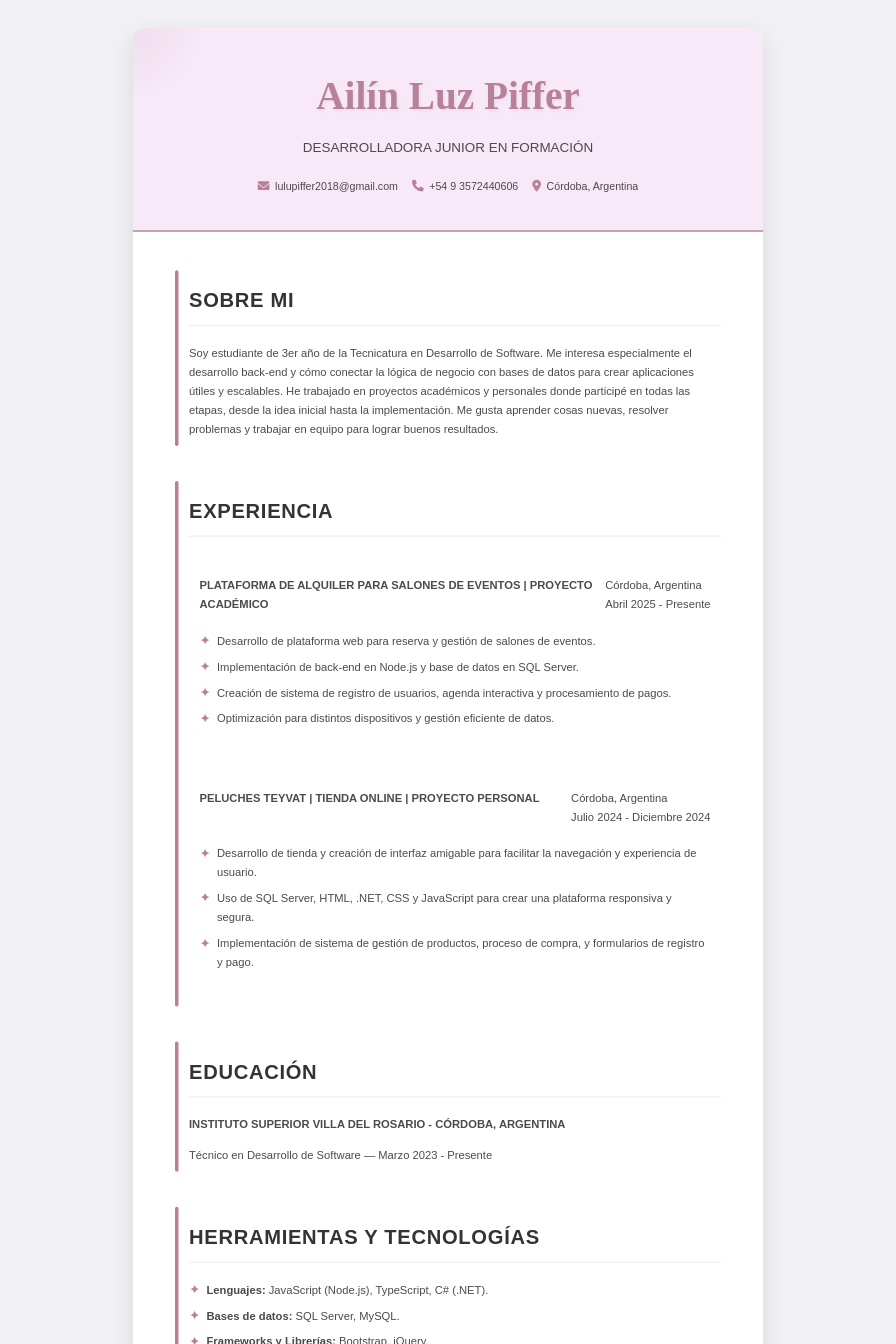
Repository: luzpiffer/curriculum-piffer
Page: index.html
These files come from the project's save history. The page is drawn as it stood at one moment and after the next save; the edit follows.
The browser window is 1280 px wide. The pictures show the part of the page from y = 0 to 1920 px (the page is 2628 px tall before and 2682 px after), at 70% of full size.

Above is the page before, as saved 2025-09-01 19:12:38.

### index.html
<!DOCTYPE html>
<html lang="es">
<head>
    <meta charset="UTF-8">
    <meta name="viewport" content="width=device-width, initial-scale=1.0">
    <title>CV - Ailín Luz Piffer</title>
    <link rel="stylesheet" href="style.css">
    <link rel="stylesheet" href="https://cdnjs.cloudflare.com/ajax/libs/font-awesome/6.0.0-beta3/css/all.min.css">
</head>
<body>
    <div class="cv-container">
        <header class="header">
            <div class="header-content-wrapper"> <div class="name-title">
                    <h1>Ailín Luz Piffer</h1>
                    <p>DESARROLLADORA JUNIOR EN FORMACIÓN</p>
                </div>
                <div class="contact-info">
                    <p><i class="fas fa-envelope"></i> lulupiffer2018@gmail.com</p>
                    <p><i class="fas fa-phone"></i> +54 9 3572440606</p>
                    <p><i class="fas fa-map-marker-alt"></i> Córdoba, Argentina</p>
                </div>
            </div>
        </header>

        <main>
            <section class="section">
                <h2>SOBRE MI</h2>
                <p>Soy estudiante de 3er año de la Tecnicatura en Desarrollo de Software. Me interesa especialmente el desarrollo back-end y cómo conectar la lógica de negocio con bases de datos para crear aplicaciones útiles y escalables. He trabajado en proyectos académicos y personales donde participé en todas las etapas, desde la idea inicial hasta la implementación. Me gusta aprender cosas nuevas, resolver problemas y trabajar en equipo para lograr buenos resultados.</p>
            </section>

            <section class="section">
                <h2>EXPERIENCIA</h2>
                <div class="experience-item">
                    <div class="project-header">
                        <p class="project-title">PLATAFORMA DE ALQUILER PARA SALONES DE EVENTOS | PROYECTO ACADÉMICO</p>
                        <p class="project-location-date">Córdoba, Argentina<br>Abril 2025 - Presente</p>
                    </div>
                    <ul>
                        <li>Desarrollo de plataforma web para reserva y gestión de salones de eventos.</li>
                        <li>Implementación de back-end en Node.js y base de datos en SQL Server.</li>
                        <li>Creación de sistema de registro de usuarios, agenda interactiva y procesamiento de pagos.</li>
                        <li>Optimización para distintos dispositivos y gestión eficiente de datos.</li>
                    </ul>
                </div>
                <div class="experience-item">
                    <div class="project-header">
                        <p class="project-title">PELUCHES TEYVAT | TIENDA ONLINE | PROYECTO PERSONAL</p>
                        <p class="project-location-date">Córdoba, Argentina<br>Julio 2024 - Diciembre 2024</p>
                    </div>
                    <ul>
                        <li>Desarrollo de tienda y creación de interfaz amigable para facilitar la navegación y experiencia de usuario.</li>
                        <li>Uso de SQL Server, HTML, .NET, CSS y JavaScript para crear una plataforma responsiva y segura.</li>
                        <li>Implementación de sistema de gestión de productos, proceso de compra, y formularios de registro y pago.</li>
                    </ul>
                </div>
            </section>

            <section class="section">
                <h2>EDUCACIÓN</h2>
                <div class="education-item">
                    <p><strong>INSTITUTO SUPERIOR VILLA DEL ROSARIO - CÓRDOBA, ARGENTINA</strong></p>
                    <p>Técnico en Desarrollo de Software — Marzo 2023 - Presente</p>
                </div>
            </section>

            <section class="section">
                <h2>HERRAMIENTAS Y TECNOLOGÍAS</h2>
                <ul>
                    <li><strong>Lenguajes:</strong> JavaScript (Node.js), TypeScript, C# (.NET).</li>
                    <li><strong>Bases de datos:</strong> SQL Server, MySQL.</li>
                    <li><strong>Frameworks y Librerías:</strong> Bootstrap, jQuery.</li>
                    <li><strong>Control de Versiones:</strong> Git, GitHub.</li>
                </ul>
            </section>

            <section class="section">
                <h2>HABILIDADES BLANDAS</h2>
                <ul>
                    <li>Creatividad.</li>
                    <li>Resiliencia.</li>
                    <li>Trabajo en equipo.</li>
                    <li>Adaptabilidad.</li>
                    <li>Comunicación.</li>
                </ul>
            </section>

            <section class="section">
                <h2>IDIOMAS</h2>
                <ul>
                    <li><strong>Inglés:</strong> Conversacional.</li>
                    <li><strong>Español:</strong> Nativo.</li>
                </ul>
            </section>
        </main>
    </div>
</body>
</html>

### style.css
:root {
  --primary-color: #b88199;
  --secondary-color: #f0f0f5;
  --text-color: #4b4b4b;
  --heading-color: #333;
  --bg-header: #f7e9f7;
  --shadow-light: rgba(0, 0, 0, 0.05);
  --shadow-strong: rgba(0, 0, 0, 0.1);
  --border-radius-card: 15px;
}

body {
  font-family: 'Poppins', sans-serif;
  background-color: var(--secondary-color);
  color: var(--text-color);
  line-height: 1.7;
  padding: 40px 20px;
  margin: 0;
  display: flex;
  justify-content: center;
}

.cv-container {
  max-width: 900px;
  width: 100%;
  background-color: #fff;
  border-radius: var(--border-radius-card);
  box-shadow: 0 10px 30px var(--shadow-strong);
  overflow: hidden;
  transition: all 0.3s ease;
}

.cv-container:hover {
  transform: translateY(-5px);
  box-shadow: 0 15px 40px var(--shadow-strong);
}

.header-content-wrapper {
  background-color: var(--bg-header);
  padding: 50px 60px;
  border-bottom: 2px solid var(--primary-color);
  display: flex;
  flex-direction: column;
  align-items: center;
  text-align: center;
  position: relative;
  overflow: hidden;
}

.header-content-wrapper::before {
  content: "";
  position: absolute;
  top: -100px;
  left: -100px;
  width: 200px;
  height: 200px;
  background: radial-gradient(circle, var(--primary-color) 0%, transparent 70%);
  opacity: 0.1;
  animation: glow 5s ease-in-out infinite;
}

.name-title h1 {
  font-family: 'Playfair Display', serif;
  font-size: 3.5em;
  font-weight: 700;
  color: var(--primary-color);
  margin: 0;
  text-shadow: 2px 2px 5px var(--shadow-light);
}

.name-title p {
  font-size: 1.2em;
  color: var(--text-color);
  margin: 10px 0 0 0;
  font-weight: 300;
}

.contact-info {
  margin-top: 25px;
  font-size: 0.95em;
  color: var(--text-color);
  display: flex;
  flex-wrap: wrap;
  justify-content: center;
  gap: 20px;
}

.contact-info p {
  margin: 0;
  display: flex;
  align-items: center;
}

.contact-info i {
  color: var(--primary-color);
  margin-right: 8px;
  font-size: 1.1em;
}

main {
  padding: 50px 60px;
  display: grid;
  gap: 40px;
}

.section {
  position: relative;
  padding-left: 20px;
}

.section::before {
  content: '';
  position: absolute;
  left: 0;
  top: 5px;
  width: 5px;
  height: calc(100% - 10px);
  background-color: var(--primary-color);
  border-radius: 5px;
  transition: height 0.3s ease;
}

.section h2 {
  font-family: 'Poppins', sans-serif;
  font-size: 1.8em;
  font-weight: 600;
  color: var(--heading-color);
  border-bottom: 2px solid var(--secondary-color);
  padding-bottom: 10px;
  margin-bottom: 25px;
  letter-spacing: 1px;
}

.section p, .section li {
  font-size: 1em;
  color: var(--text-color);
}

.experience-item, .project-item {
  margin-bottom: 30px;
  transition: all 0.3s ease;
  padding: 15px;
  border-radius: 10px;
}

.experience-item:hover, .project-item:hover {
  background-color: var(--secondary-color);
  transform: translateY(-3px);
  box-shadow: 0 5px 15px var(--shadow-light);
}

.project-header, .experience-header {
  display: flex;
  justify-content: space-between;
  align-items: baseline;
  margin-bottom: 8px;
}

.project-title, .experience-title {
  font-weight: 600;
  margin: 0;
  font-size: 1.1em;
  color: var(--heading-color);
}

.project-location-date, .experience-date {
  font-size: 0.9em;
  color: #777;
  white-space: nowrap;
}

ul {
  list-style: none;
  padding-left: 0;
  margin: 0;
}

li {
  margin-bottom: 10px;
  position: relative;
  padding-left: 25px;
}

li::before {
  content: '✦';
  position: absolute;
  left: 0;
  color: var(--primary-color);
  font-size: 1.2em;
  top: -2px;
}

@keyframes glow {
  0% { transform: scale(1) rotate(0deg); opacity: 0.1; }
  50% { transform: scale(1.1) rotate(180deg); opacity: 0.2; }
  100% { transform: scale(1) rotate(360deg); opacity: 0.1; }
}

@media (max-width: 768px) {
  .cv-container {
    box-shadow: none;
  }

  .header-content-wrapper {
    padding: 30px;
  }

  .name-title h1 {
    font-size: 2.5em;
  }

  main {
    padding: 30px;
    gap: 30px;
  }

  .project-header, .experience-header {
    flex-direction: column;
    align-items: flex-start;
  }

  .project-location-date, .experience-date {
    margin-top: 5px;
  }
}

After the next save:
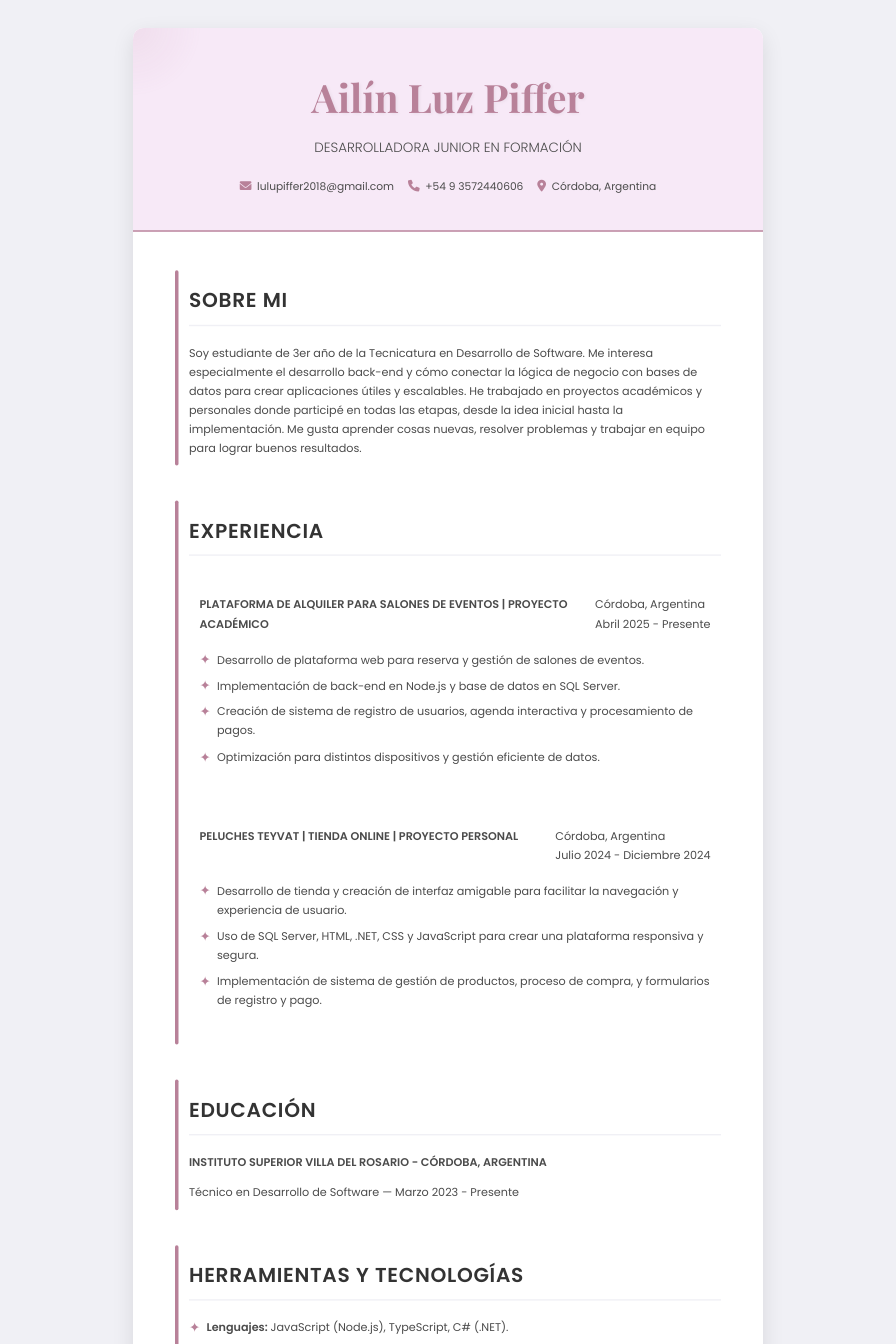
Saved 15 s later.
--- a/index.html
+++ b/index.html
@@ -6,6 +6,9 @@
     <title>CV - Ailín Luz Piffer</title>
     <link rel="stylesheet" href="style.css">
     <link rel="stylesheet" href="https://cdnjs.cloudflare.com/ajax/libs/font-awesome/6.0.0-beta3/css/all.min.css">
+    <link rel="preconnect" href="https://fonts.googleapis.com">
+    <link rel="preconnect" href="https://fonts.gstatic.com" crossorigin>
+    <link href="https://fonts.googleapis.com/css2?family=Playfair+Display:wght@700&family=Poppins:wght@300;400;600&display=swap" rel="stylesheet">
 </head>
 <body>
     <div class="cv-container">
